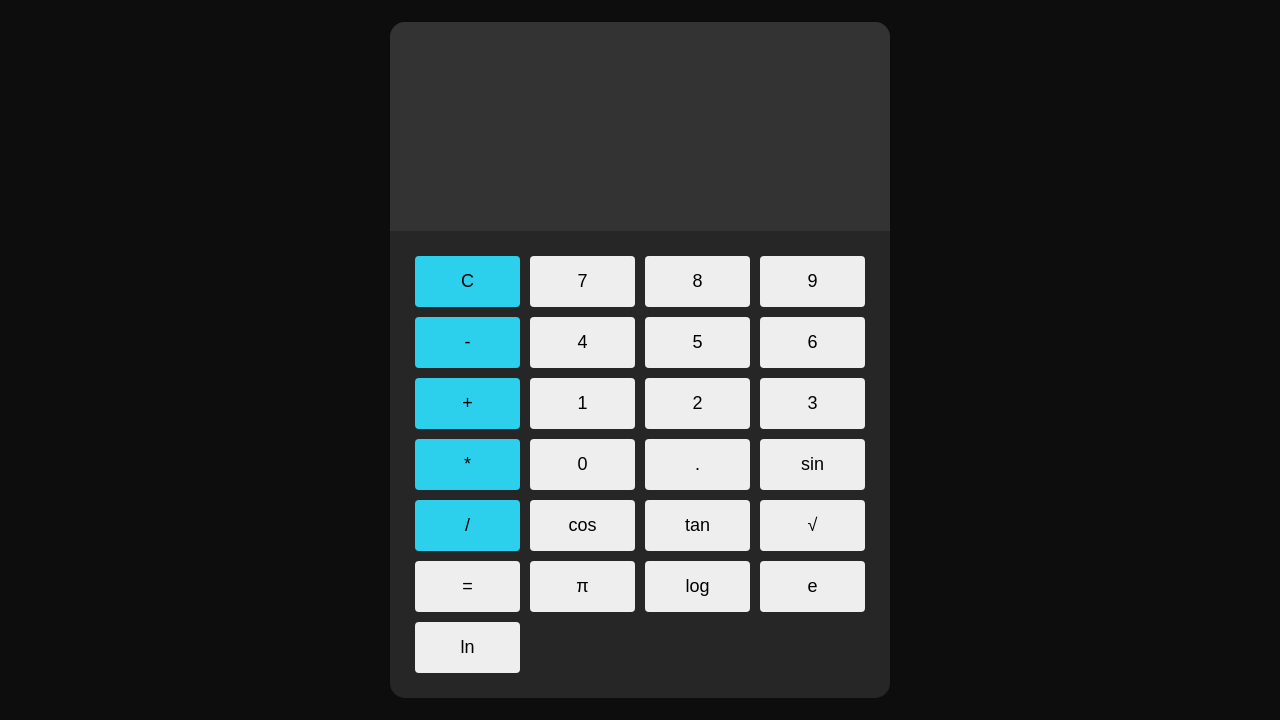
Repository: Haakim19/JavaScript
Page: Calculater/Main.html
An editor plug-in stored every save of this project. The page is shown before and after the next save, followed by the edit.
The browser window is 1280 px wide. The pictures show the whole page.

Above is the page before, as saved 2024-10-23 10:20:54.

After the next save:
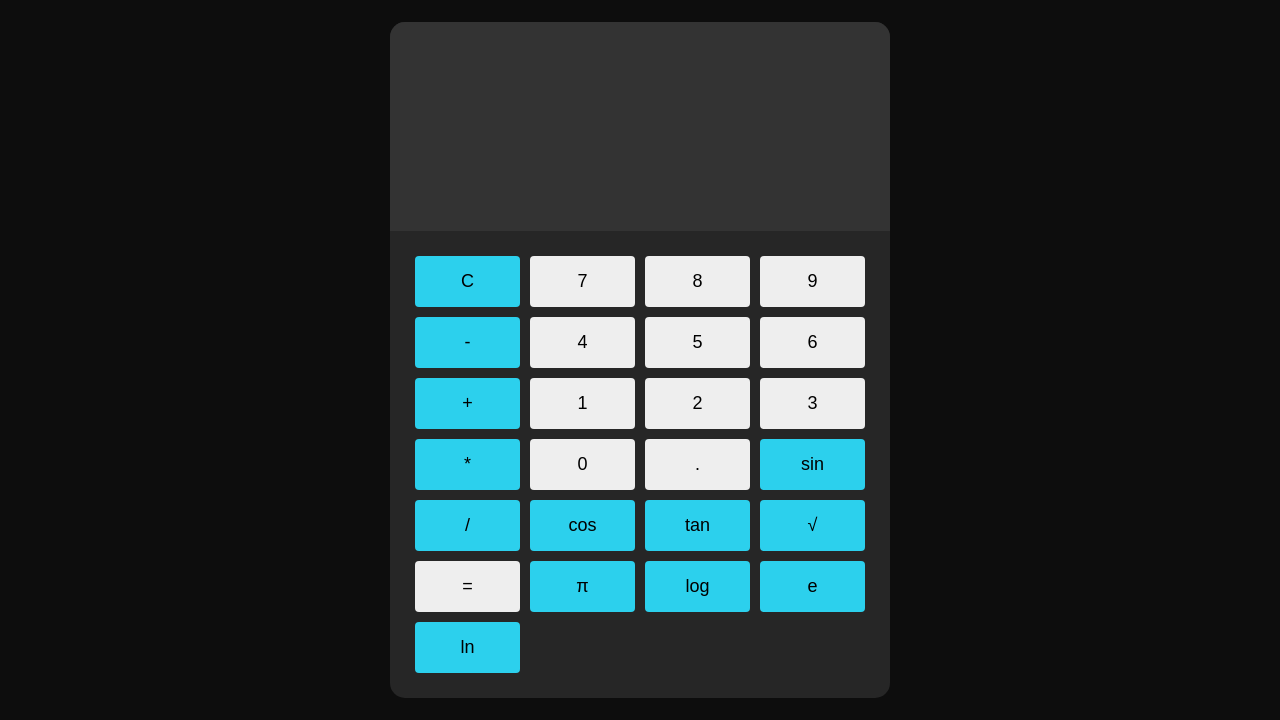
Saved 60 s later.
--- a/Calculater/Main.html
+++ b/Calculater/Main.html
@@ -27,16 +27,16 @@
                 <button onclick="appentToDisplay('*')" class="operator-btn">*</button>
                 <button onclick="appentToDisplay('0')">0</button>
                 <button onclick="appentToDisplay('.')" >.</button>
-                <button onclick="appentToDisplay('Math.sin()')">sin</button>
+                <button onclick="appentToDisplay('Math.sin()')" class="operator-btn">sin</button>
                 <button onclick="appentToDisplay('/')" class="operator-btn">/</button>
-                <button onclick="appentToDisplay('Math.cos()')">cos</button>
-                <button onclick="appentToDisplay('Math.tan()')">tan</button>
-                <button onclick="appentToDisplay('Math.sqrt()')">√</button>
+                <button onclick="appentToDisplay('Math.cos()')" class="operator-btn">cos</button>
+                <button onclick="appentToDisplay('Math.tan()')" class="operator-btn">tan</button>
+                <button onclick="appentToDisplay('Math.sqrt()')" class="operator-btn">√</button>
                 <button onclick="calculate()" >=</button>
-                <button onclick="appendToDisplay('Math.PI()')">π</button>
-                <button onclick="appentToDisplay('Math.log10()')">log</button>
-                <button onclick="appentToDisplay('Math.e()')">e</button>
-                <button onclick="appentToDisplay('Math.log()')">ln</button>
+                <button onclick="appendToDisplay('Math.PI()')" class="operator-btn">π</button>
+                <button onclick="appentToDisplay('Math.log10()')" class="operator-btn">log</button>
+                <button onclick="appentToDisplay('Math.e()')" class="operator-btn">e</button>
+                <button onclick="appentToDisplay('Math.log()')" class="operator-btn">ln</button>
             </div>
         </div>
 
